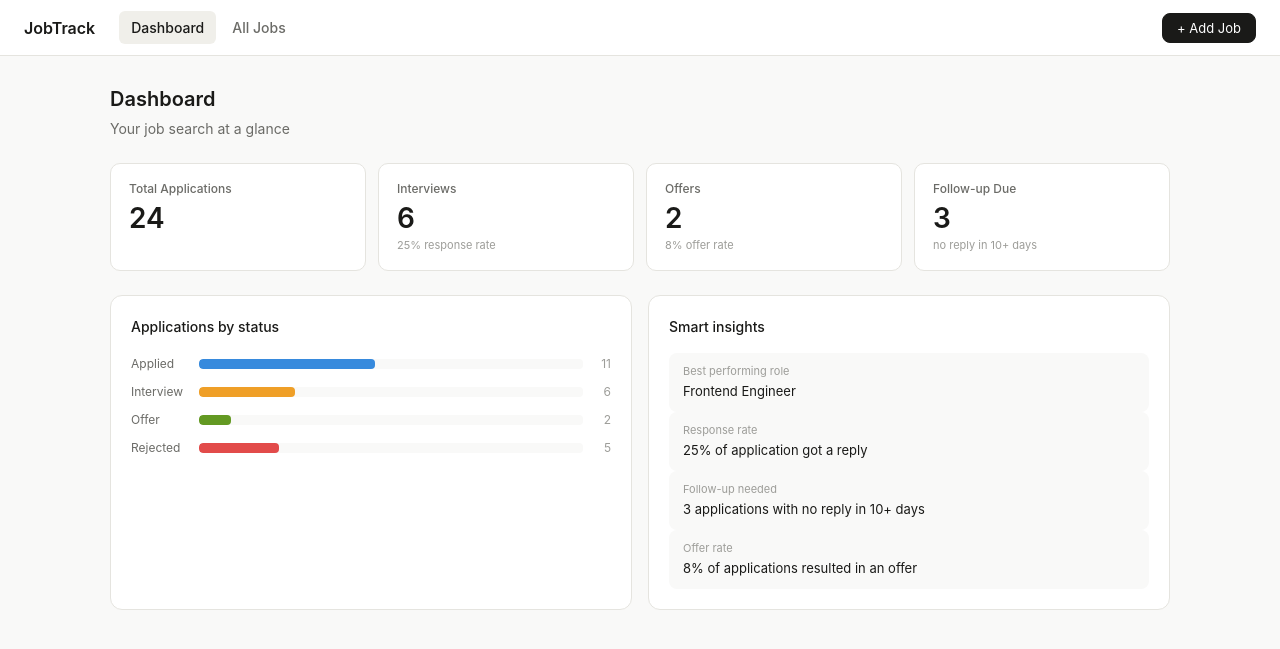
Repository: adtm0/jobtracker
Page: /dashboard (app in frontend/)
These files come from the project's save history. The page is drawn as it stood at one moment and after a run of saves; the edit follows.
The browser window is 1280 px wide. The pictures show the whole page.
The project was rebuilt for these pictures with package versions that can differ from the ones it lists, and the page was loaded fresh each time. Also part of the build but not shown: frontend/vite.config.js, frontend/src/pages/Login.jsx, frontend/src/pages/Register.jsx, frontend/src/pages/Jobs.jsx, frontend/src/pages/JobForm.jsx.

Above is the page before, as saved 2026-04-19 21:46:32.

### frontend/src/main.jsx
import { StrictMode } from "react";
import React from "react";
import ReactDOM from 'react-dom/client'
import { BrowserRouter } from 'react-router-dom'
import { createRoot } from "react-dom/client";
import "./index.css";
import App from "./App.jsx";

createRoot(document.getElementById("root")).render(
  <StrictMode>
    <BrowserRouter>
      <App />
    </BrowserRouter>
  </StrictMode>,
);

### frontend/src/index.css
*, *::before, *::after {
  box-sizing: border-box;
  margin: 0;
  padding: 0;
}

body {
  font-family: -apple-system, BlinkMacSystemFont, 'Segoe UI', sans-serif;
  background: #f9f9f8;
  color: #1a1a18;
  font-size: 14px;
  line-height: 1.5;
}

main {
  max-width: 1100px;
  margin: 0 auto;
  padding: 28px 20px;
}

input, select, textarea {
  width: 100%;
  padding: 8px 12px;
  border: 1px solid #e5e4df;
  border-radius: 8px;
  font-size: 14px;
  font-family: inherit;
  outline: none;
}

input:focus, select:focus, textarea:focus {
  border-color: #185FA5;
}

button {
  cursor: pointer;
  font-family: inherit;
  font-size: 14px;
  border-radius: 8px;
  border: 1px solid #e5e4df;
  background: #fff;
  padding: 8px 16px;
}

button:hover {
  background: #f9f9f8;
}

.btn-primary {
  background: #1a1a18;
  color: #fff;
  border-color: #1a1a18;
}

.btn-primary:hover {
  background: #333;
}

label {
  display: block;
  font-size: 12px;
  font-weight: 500;
  color: #6b6b67;
  margin-bottom: 5px;
}

### frontend/src/App.jsx
import {Routes, Route} from 'react-router-dom'
import Login from './pages/Login'
import Register from './pages/Register'
import Dashboard from './pages/Dashboard'
import Jobs from './pages/Jobs'
import JobForm from './pages/JobForm'
import Navbar from './components/Navbar'

function Layout({ children }) {
  return (
    <>
      <Navbar />
      <main>
        {children}
      </main>
    </>
  );
}

function App() {

  return (
    <Routes>
      <Route path='/login' element={<Login />} />
      <Route path='/register' element={<Register />} />
      <Route path='/dashboard' element={<Layout><Dashboard /></Layout>} />
      <Route path='/jobs' element={<Layout><Jobs /></Layout>} />
      <Route path='/jobs/new' element={<Layout><JobForm /></Layout>} />
    </Routes>
  )
}

export default App

### frontend/src/pages/Dashboard.jsx
const MOCK_STATS = {
  total: 24,
  applied: 11,
  interview: 6,
  offer: 2,
  rejected: 5,
  response_rate: 25,
  offer_rate: 8,
  follow_up_due: 3,
  best_role: "Frontend Engineer",
};
export default function Dashboard() {
  const stats = MOCK_STATS;

  return (
    <div>
      <div style={{ marginBottom: 24 }}>
        <h2 style={{ fontSize: 20, fontWeight: 600 }}>Dashboard</h2>
        <p style={{ color: "#6b6b67", marginTop: 4 }}>
          Your job search at a glance
        </p>
      </div>

      {/* stat cards */}
      <div
        style={{
          display: "grid",
          gridTemplateColumns: "repeat(4, 1fr)",
          gap: 12,
          marginBottom: 24,
        }}
      >
        {[
          { label: "Total Applications", value: stats.total },
          {
            label: "Interviews",
            value: stats.interview,
            sub: `${stats.response_rate}% response rate`,
          },
          {
            label: "Offers",
            value: stats.offer,
            sub: `${stats.offer_rate}% offer rate`,
          },
          {
            label: "Follow-up Due",
            value: stats.follow_up_due,
            sub: "no reply in 10+ days",
          },
        ].map(({ label, value, sub }) => (
          <div
            key={label}
            style={{
              background: "#fff",
              border: "1px solid #e5e4df",
              borderRadius: 10,
              padding: "16px 18px",
            }}
          >
            <div
              style={{
                fontSize: 12,
                color: "#6b6b67",
                fontWeight: 500,
                marginBottom: 6,
              }}
            >
              {label}
            </div>
            <div style={{ fontSize: 28, fontWeight: 600, lineHeight: 1 }}>
              {value}
            </div>
            {sub && (
              <div style={{ fontSize: 11, color: "#9d9d99", marginTop: 5 }}>
                {sub}
              </div>
            )}
          </div>
        ))}
      </div>

      {/* bottom section */}
      <div style={{ display: "grid", gridTemplateColumns: "1fr 1fr", gap: 16 }}>
        {/* status breakdown */}
        <div
          style={{
            background: "#fff",
            border: "1px solid #e5e4df",
            borderRadius: 12,
            padding: 20,
          }}
        >
          <h3 style={{ fontWeight: 500, fontSize: 14, marginBottom: 18 }}>
            Applications by status
          </h3>
          <div style={{ display: "flex", flexDirection: "column", gap: 10 }}>
            {[
              {
                label: "Applied",
                value: stats.applied,
                total: stats.total,
                color: "#378ADD",
              },
              {
                label: "Interview",
                value: stats.interview,
                total: stats.total,
                color: "#EF9F27",
              },
              {
                label: "Offer",
                value: stats.offer,
                total: stats.total,
                color: "#639922",
              },
              {
                label: "Rejected",
                value: stats.rejected,
                total: stats.total,
                color: "#E24B4A",
              },
            ].map(({ label, value, total, color }) => (
              <div
                key={label}
                style={{ display: "flex", alignItems: "center", gap: 8 }}
              >
                <span style={{ fontSize: 12, color: "#6b6b67", width: 60 }}>
                  {label}
                </span>
                <div
                  style={{
                    flex: 1,
                    background: "#f9f9f8",
                    borderRadius: 4,
                    height: 10,
                    overflow: "hidden",
                  }}
                >
                  <div
                    style={{
                      width: `${(value / total) * 100}%`,
                      height: "100%",
                      background: color,
                      borderRadius: 4,
                    }}
                  />
                </div>
                <span
                  style={{
                    fontSize: 12,
                    color: "#9d9d99",
                    width: 20,
                    textAlign: "right",
                  }}
                >
                  {value}
                </span>
              </div>
            ))}
          </div>
        </div>

        {/* insights */}
        <div style={{background: '#fff', border: '1px solid #e5e4df', borderRadius: 12, padding: 20}}>
          <h3 style={{fontWeight: 500, fontSize: 14, marginBottom: 16}}>Smart insights</h3>
          <div style={{}}>
            {[
              { label: 'Best performing role', value: stats.best_role},
              { label: 'Response rate', value: `${stats.response_rate}% of application got a reply`},
              { label: 'Follow-up needed', value: `${stats.follow_up_due} applications with no reply in 10+ days`},
              { label: 'Offer rate', value: `${stats.offer_rate}% of applications resulted in an offer`},
            ].map(({ label, value }) => (
              <div key={label} style={{background: '#f9f9f8', borderRadius: 8, padding: '10px 14px'}}>
                <div style={{fontSize: 11, color: '#9d9d99', marginBottom: 3}}>{label}</div>
                <div style={{fontSize: 13}}>{value}</div>
              </div>
            ))}
          </div>
        </div>

      </div>
    </div>
  );
}

### frontend/src/components/Navbar.jsx
import { NavLink } from "react-router-dom";

export default function Navbar() {
  return (
    <nav
      style={{
        background: "#fff",
        borderBottom: "1px solid #e5e4df",
        padding: "0 24px",
        height: 56,
        display: "flex",
        alignItems: "center",
        justifyContent: "space-between",
        position: "sticky",
        top: 0,
        zIndex: 100,
      }}
    >
      <div style={{ display: "flex", alignItems: "center", gap: 4 }}>
        <span style={{ fontWeight: 600, fontSize: 16, marginRight: 20 }}>
          JobTrack
        </span>
        <NavLink to="/dashboard" style={linkStyle}>
          Dashboard
        </NavLink>
        <NavLink to="/jobs" style={linkStyle}>
          All Jobs
        </NavLink>
      </div>
      <NavLink to="/jobs/new" style={{ textDecoration: "none" }}>
        <button
          className="btn-primary"
          style={{ fontSize: 13, padding: "6px 14px" }}
        >
          + Add Job
        </button>
      </NavLink>
    </nav>
  );
}

const linkStyle = ({ isActive }) => ({
  textDecoration: "none",
  fontSize: 14,
  fontWeight: 500,
  padding: '6px 12px',
  borderRadius: 6,
  color: isActive ? '#1a1a18' : '#6b6b67',
  background: isActive ? '#f0efea' : 'transparent'
});

After the next 3 saves:
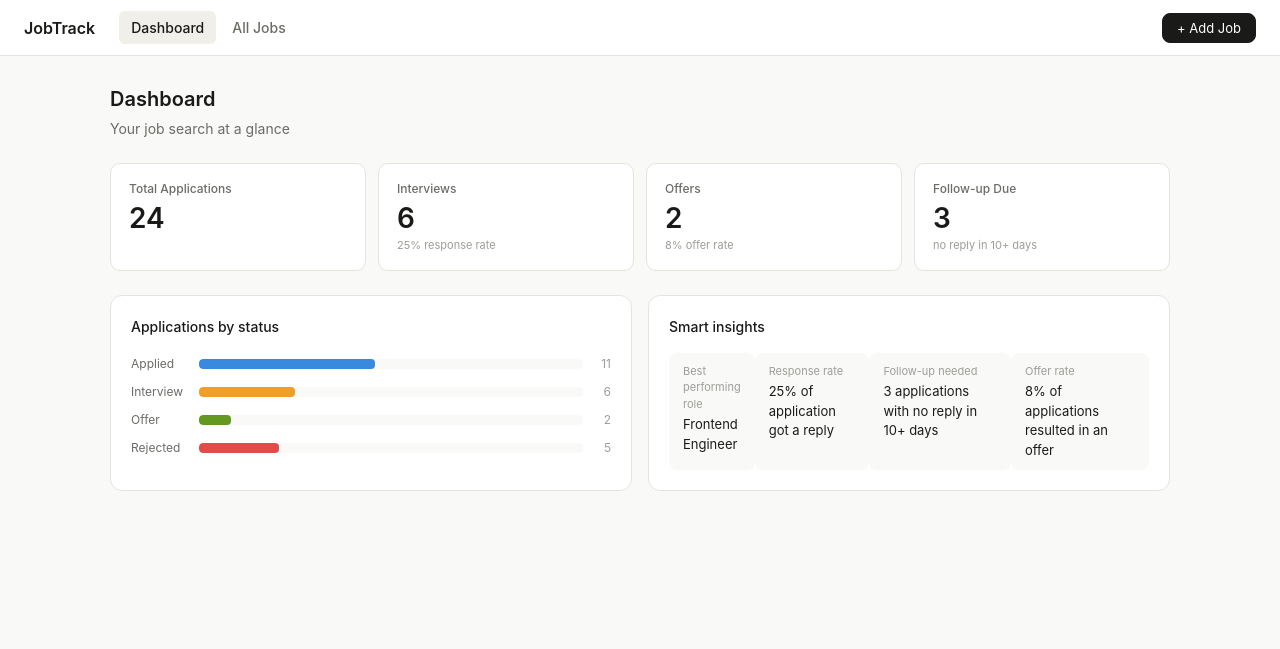
The 3 saves are shown as one change because they came seconds apart.
The last was saved 8 s later.
--- a/frontend/src/pages/Dashboard.jsx
+++ b/frontend/src/pages/Dashboard.jsx
@@ -163,7 +163,7 @@
         {/* insights */}
         <div style={{background: '#fff', border: '1px solid #e5e4df', borderRadius: 12, padding: 20}}>
           <h3 style={{fontWeight: 500, fontSize: 14, marginBottom: 16}}>Smart insights</h3>
-          <div style={{}}>
+          <div style={{display: 'flex'}}>
             {[
               { label: 'Best performing role', value: stats.best_role},
               { label: 'Response rate', value: `${stats.response_rate}% of application got a reply`},

After the 4 saves that followed:
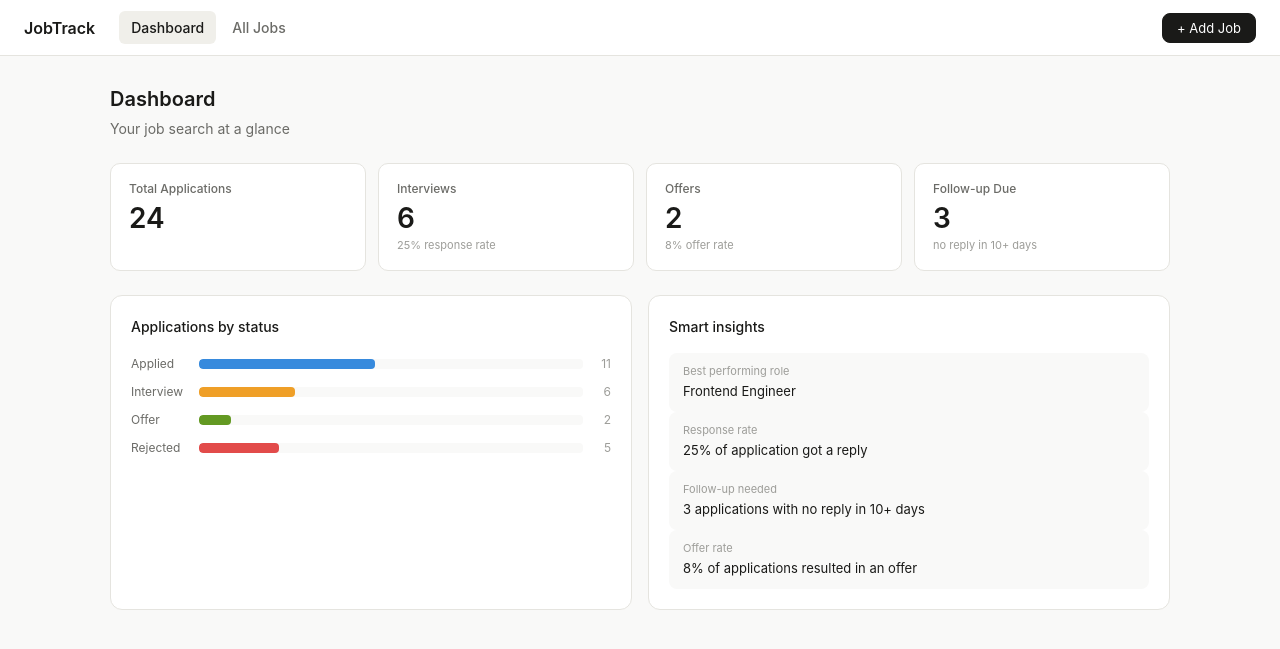
The 4 saves are shown as one change because 1 did not build or start and some came seconds apart.
The last was saved 12 s later.
--- a/frontend/src/pages/Dashboard.jsx
+++ b/frontend/src/pages/Dashboard.jsx
@@ -163,7 +163,7 @@
         {/* insights */}
         <div style={{background: '#fff', border: '1px solid #e5e4df', borderRadius: 12, padding: 20}}>
           <h3 style={{fontWeight: 500, fontSize: 14, marginBottom: 16}}>Smart insights</h3>
-          <div style={{display: 'flex'}}>
+          <div style={{display: 'flex', flexDirection: 'column'}}>
             {[
               { label: 'Best performing role', value: stats.best_role},
               { label: 'Response rate', value: `${stats.response_rate}% of application got a reply`},
